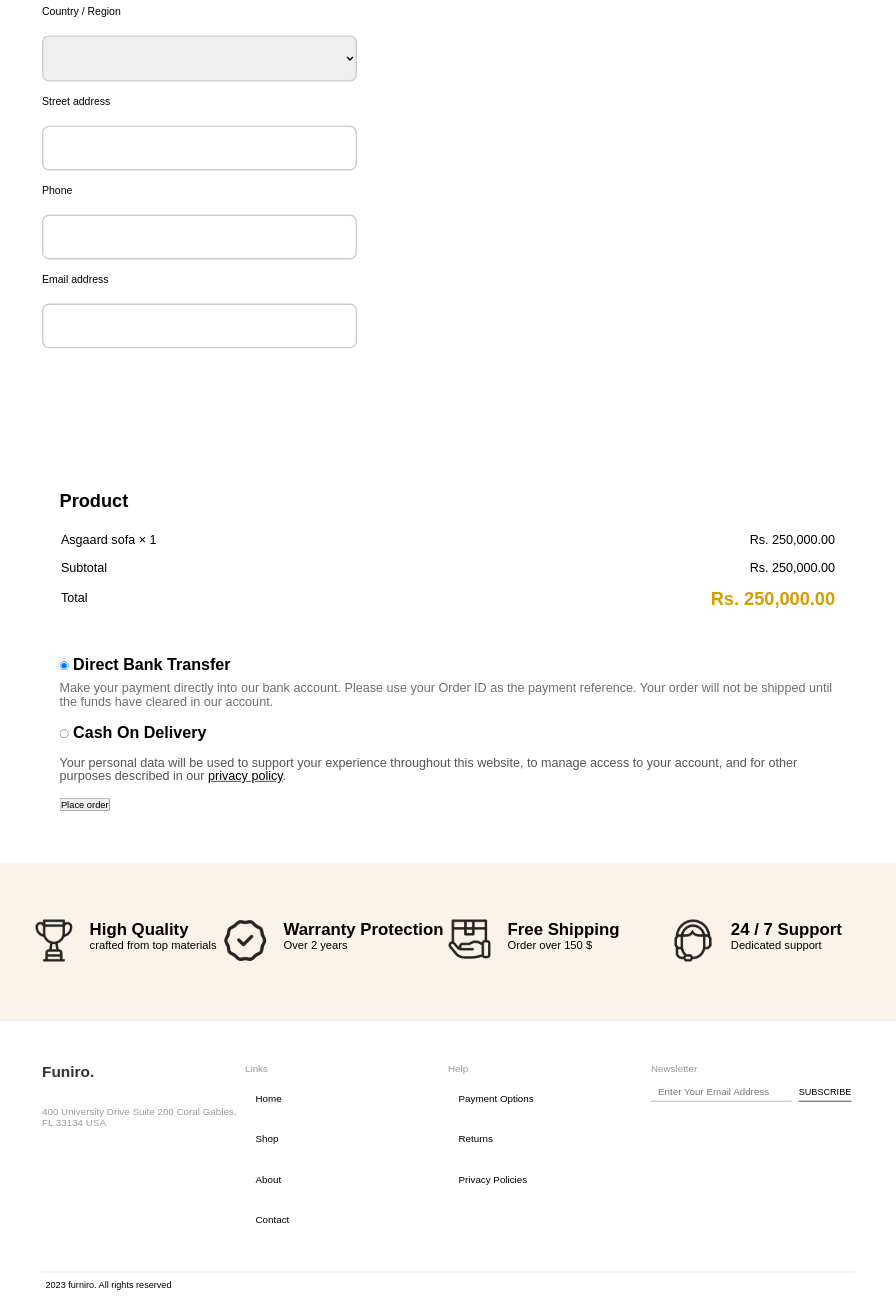
Repository: Ali1Kh/Furniro-ITI
Page: pages/checkout.html
The author's editor kept a copy of each file at every save. The page is drawn from the files as they stood at one save, then again after the next save.
The browser window is 1280 px wide. The pictures show the part of the page from y = 842 to 2762 px (the page is 2709 px tall before and 2762 px after), at 70% of full size.

Above is the page before, as saved 2025-07-19 20:41:25.

### pages/checkout.html
<!DOCTYPE html>
<html lang="en">

<head>
  <meta charset="UTF-8">
  <meta name="viewport" content="width=device-width, initial-scale=1.0">
  <title>CheckOut</title>
  <link rel="shortcut icon" href="../assets/icons/Logo.png" type="image/x-icon">
  <link rel="stylesheet" href="../styles/index.css">
  <link rel="stylesheet" href="../styles/checkout.css">
</head>

<body>

  <nav>
    <!-- Navigation -->
    <div class="navBar">
      <div class="text">
        <p>Furniro</p>
      </div>

      <div class="menu-icon" onclick="toggleSidebar()">☰</div>

      <div class="navBarLinks">
        <ul>
          <li><a href="/pages/home.html">Home</a></li>
          <li><a href="/pages/shop.html">Shop</a></li>
          <li><a href="/">About</a></li>
          <li><a href="/pages/contact.html">Contact</a></li>
        </ul>
      </div>

     <div class="navBarIcons">
        <a href="/pages/Compare.html"><i class="fa-solid fa-user"></i></a>
        <a href="/pages/shop.html"><i class="fa-solid fa-magnifying-glass"></i></a>
        <a href="/"><i class="fa-solid fa-heart"></i></a>
        <a href="/pages/checkout.html"><i class="fa-solid fa-cart-plus"></i></a>
      </div>
    </div>


    <!-- Sidebar for mobile -->
    <div class="sidebar" id="sidebar">
      <a href="" onclick="toggleSidebar()">✖</a>
      <a href="">Home</a>
      <a href="/pages/shop.html">Shop</a>
      <a href="/">About</a>
      <a href="/pages/contact.html">Contact</a>
    </div>
  </nav>

  <main class="checkout">
    <div id="home">
      <div class="img-conteaner">
        <img src="../assets/img/Rectangle 1.png" alt="">

        <div class="text-conteaner">
          <img src="../assets/icons/Logo.png" alt="" style="width: 100px;height: 77px;margin-top: -80px; left: 1px; ">
          <h2 style="font-size: 48px; font-family: Poppins; top: 20px;">Checkout</h2>
          <h3 style="top: 30px;left: -11px; "><span style="width: 48;height: 24;top: 295px;left: 660px; ">Home ></span>
            Checkout</h3>
        </div>
      </div>
    </div>

    <div id="content">
      <div class="form">
        <h1 style="font-family: Poppins;font-weight: 600;font-style: SemiBold;font-size: 36px;">Billing details</h1>
        <br><br>
        <form>
          <div class="input" style="width: 200px;">
            <label>First name</label><br>
            <input type="text" name="firatname" id="firatname">
          </div>

          <div class="input" style="width: 200px; position: relative;bottom: 127px;left: 266px;">
            <label>Last name</label><br>
            <input type="text" name="lastname" id="lastname">
          </div>

          <div class="input" style="position: relative; bottom: 90px; width: 450px;">
            <label>Company Name (Optional)</label><br>
            <input type="text" name="Companyname(Optional)" id="Companyname(Optional)">
          </div>

          <div class="input" style="position: relative; bottom: 90px; width: 450px;">
            <label>Country / Region</label><br>
            <select>
              <option></option>
              <option>UK</option>
              <option>Argantina</option>
              <option>Brasil</option>
              <option>Egypt</option>
              <option>USA</option>
            </select>
          </div>

          <div class="input" style="position: relative; bottom: 90px; width: 450px;">
            <label>Street address</label><br>
            <input type="text" name="Streetaddress" id="Streetaddress">
          </div>

          <div class="input" style="position: relative; bottom: 90px; width: 450px;">
            <label>Phone</label><br>
            <input type="number" name="Phone" id="Phone">
          </div>

          <div class="input" style="position: relative; bottom: 90px; width: 450px;">
            <label>Email address</label><br>
            <input type="email" name="Emailaddress" id="Emailaddress">
          </div><br><br>

        </form>
      </div>
      <div class="table">
        <div class="order-summary">
          <h2>Product</h2>
          <table>
            <tr>
              <td>Asgaard sofa × 1</td>
              <td style="text-align: right;">Rs. 250,000.00</td>
            </tr>
            <tr>
              <td>Subtotal</td>
              <td style="text-align: right;">Rs. 250,000.00</td>
            </tr>
            <tr>
              <td>Total</td>
              <td style="text-align: right;" class="total">Rs. 250,000.00</td>
            </tr>
          </table><br><br>

          <div class="payment-methods">
            <label><input type="radio" name="payment" checked> Direct Bank Transfer</label>
            <p>
              Make your payment directly into our bank account. Please use your Order ID as the payment reference. Your
              order will not be shipped until the funds have cleared in our account.
            </p>

            <label><input type="radio" name="payment"> Cash On Delivery</label>
          </div>

          <div class="privacy">
            Your personal data will be used to support your experience throughout this website, to manage access to your
            account, and for other purposes described in our <a href="#">privacy policy</a>.
          </div>

          <button class="btn">Place order</button>
        </div>
      </div>
    </div>

    <div id="quality">
      <div class="1"
        style="display: flex; gap: 1.5rem; padding-top: 80px; padding-bottom: 80px;width: 25%;padding-left: 50px;">
        <div class="l"><img src="../assets/icons/Group copy.png" alt=""></div>
        <div class="r">
          <h2>High Quality</h2>
          <p>crafted from top materials</p>
        </div>

      </div>
      <div class="2" style="display: flex; gap: 1.5rem; padding-top: 80px; padding-bottom: 80px;width: 25%;">
        <div class="l"><img src="../assets/icons/Group (2).png" alt=""></div>
        <div class="r">
          <h2>Warranty Protection</h2>
          <p>Over 2 years</p>
        </div>

      </div>
      <div class="3" style="display: flex; gap: 1.5rem; padding-top: 80px; padding-bottom: 80px;width: 25%;">
        <div class="l"><img src="../assets/icons/Vector (2).png" alt=""></div>
        <div class="r">
          <h2>Free Shipping</h2>
          <p>Order over 150 $</p>
        </div>

      </div>
      <div class="4" style="display: flex; gap: 1.5rem; padding-top: 80px; padding-bottom: 80px;width: 25%;">
        <div class="l"><img src="../assets/icons/customer-support.png" alt=""></div>
        <div class="r">
          <h2>24 / 7 Support</h2>
          <p>Dedicated support</p>
        </div>

      </div>

    </div>
  </main>

  <footer class="footer">
    <div class="footer-container">
      <div class="footer-sec">
        <h2 class="logo">Funiro.</h2>
        <p style="padding-top: 20px;">400 University Drive Suite 200 Coral Gables,<br>FL 33134 USA</p>
      </div>

      <div class="footer-sec">
        <h4>Links</h4>
        <ul>
          <li><a href="#">Home</a></li>
          <li><a href="#">Shop</a></li>
          <li><a href="#">About</a></li>
          <li><a href="#">Contact</a></li>
        </ul>
      </div>

      <div class="footer-sec">
        <h4>Help</h4>
        <ul>
          <li><a href="#">Payment Options</a></li>
          <li><a href="#">Returns</a></li>
          <li><a href="#">Privacy Policies</a></li>
        </ul>
      </div>

      <div class="footer-sec new">
        <h4>Newsletter</h4>
        <div class="subscribe">
          <input type="email" placeholder="Enter Your Email Address">
          <button>SUBSCRIBE</button>
        </div>
      </div>
    </div>

    <div class="footer-bottom">
      <p>2023 furniro. All rights reserved</p>
    </div>
  </footer>

  <script src="../scripts/index.js"></script>

</body>

</html>

### styles/index.css
:root {
  --mainColor: #feeed8;
}

* {
  margin: 0;
  padding: 0;
  box-sizing: border-box;
}

body {
  font-family: "Poppins", sans-serif;
}

.navBar img {
  display: inline;
}

.navBar {
  width: 100%;
  height: 80px;
  display: flex;
  justify-content: space-between;
  align-items: center;
  padding: 0 50px;
  background-color: #fff;
  z-index: 1000;
  position: sticky;
  top: 0;
}

.navBarLinks ul {
  list-style: none;
  display: flex;
  gap: 60px;
}

.navBarLinks a {
  text-decoration: none;
  font-size: 18px;
  color: black;
}

.navBarIcons {
  display: flex;
  gap: 30px;
}

.text p {
  font-weight: bold;
  font-size: 22px;
  color: #b88e2f;
}

/* Sidebar for mobile */
.sidebar {
  height: 100%;
  width: 0;
  position: fixed;
  background-color: #8d8d8d;
  overflow-x: hidden;
  transition: 0.3s;
  padding-top: 60px;
  z-index: 999;
}
.sidebar a {
  padding: 12px 20px;
  text-decoration: none;
  font-size: 20px;
  color: white;
  display: block;
}
.sidebar a:hover {
  background-color: #444;
}

.menu-icon {
  font-size: 28px;
  cursor: pointer;
  display: none;
  padding: 15px;
}

/* Quality */

#quality {
  display: flex;
  background-color: rgba(250, 243, 234, 1);
  width: 100%;
}

/* Page Header */

#pageHeader .imge {
  position: relative;
  width: 100%;
  height: auto;
}

#pageHeader .imge img {
  width: 100%;
  height: auto;
  display: block;
}

#pageHeader .adresIn {
  position: absolute;
  top: 50%;
  left: 50%;
  transform: translate(-50%, -50%);
  color: black;
  text-align: center;
}

#pageHeader .mainP1 {
  font-size: 48px;
}
#pageHeader .scoundP1 {
  font-size: 16px;
}

.footerBox {
  height: 400px;
  width: 100%;
}
.with-line::before,
.with-line::after {
  content: "";
  display: block;
  height: 1px;
  background-color: #c6c6c6;
  margin: 20px auto;
  width: 100%;
}

.with-line::after {
  width: 82%;
}

.infoterbox {
  margin-left: 100px;
  margin-right: 100px;
  display: grid;
  grid-template-columns: 1fr 1fr 1fr 1.5fr;
  gap: 20px;
  padding: 30px;
  color: white;

  height: 100%;
}

.mainFooterBar {
  font-weight: bold;
  font-size: 24px;
  color: #000;
}
.scoundFooterBar {
  font-size: 16px;
  font-weight: 300;
  color: #9f9f9f;
  position: relative;
  top: 40px;
}

.prgraphF {
  position: relative;
  top: 54px;
}

.infoterboxLM a,
.infoterboxRM a {
  display: block;
  margin-top: 55px;
  text-decoration: none;
  color: #000;
  width: 70%;
}

.infoterboxLM p,
.infoterboxRM p,
.prgraphFF p {
  font-size: 16px;
  font-weight: 300;
  color: #9f9f9f;
}

.SUBSCRIBE {
  position: relative;
  top: 53px;
}

.SUBSCRIBE button {
  font-size: 14px;
  font-weight: bold;
  width: 85px;
  height: 21px;
  border: none;
  border-bottom: 1px solid black;
  margin-left: 15px;
  background-color: white;

  cursor: pointer;
}

.SUBSCRIBE input {
  font-size: 14px;
  width: 200px;
  height: 21px;
  color: #9f9f9f;
  border: none;
  border-bottom: 1px solid black;
}

.SUBSCRIBE input:focus {
  outline: none;
}

@media (max-width: 768px) {
  .navBarLinks {
    display: none;
  }
  .menu-icon {
    display: block;
  }
  .navBarIcons {
    display: none;
  }
}

@media (max-width: 767px) {
  .navBarIcons {
    display: none;
  }
}

### styles/checkout.css
* {
  margin: 0;
  padding: 0;
}
.checkout ul {
  list-style: none;
}

.checkout a {
  text-decoration: none;
}

/* start header */

#header {
  background-color: rgb(250, 245, 240);
  border: 1px solid #ccc;
  width: 100%;
  height: 90px;
}
#header .navbar {
  display: flex;
  justify-content: space-between;
  align-items: center;
}
#header .navbar .logo {
  display: flex;
  width: 185;
  height: 41;
  opacity: 1;
  top: 29px;
  left: 54px;
  gap: 5px;
}
#header .navbar img {
  width: 185;
  height: 41px;
  top: 29px;
  left: 54px;
  gap: 5px;
}

/* #header .navbar .imgs{
    width: 300px;
    display: flex;
    position: relative;
    bottom: 10px;
} */

#header .navbar ul {
  display: flex;
}
#header .navbar ul li a {
  position: relative;
  color: black;
  font-size: 25px;
  margin: 0 20px;
  font-weight: bold;
  transition: 0.3s ease;
  bottom: 15px;
}
#header .navbar ul li a:hover {
  color: bisque;
}

/* finish header */

.img-conteaner {
  position: relative;
  width: 100%;
}

.img-conteaner img {
  width: 100%;
  height: 316px;
  top: 100px;
}

.text-conteaner {
  position: absolute;
  top: 50%;
  left: 50%;
  transform: translate(-50%, -50%);
}
.text-conteaner h3 {
  position: relative;
  bottom: 90px;
  left: 40px;
}
.text-conteaner h2 {
  position: relative;
  bottom: 90px;
  left: -50px;
}

/* #content {
  display: flex;
  justify-content: space-between;
  gap: 8rem;
  max-width: 1240px;
  margin: auto;
  padding-top: 100px;
}

.form {
  width: 50%;
} */







#content {
  display: flex;
  justify-content: space-between;
  flex-wrap: wrap; /* مهم جدا */
  gap: 2rem;
  max-width: 1200px;
  margin: auto;
  padding: 50px 20px;
}

.form, .table {
  flex: 1 1 100%; /* هتكون عمودين فوق بعض مبدئياً */
}















.form h1 {
  font-size: 36px;
  font-weight: 600;
  margin-bottom: 30px;
}

form label {
  font-weight: 500;
  margin-bottom: 8px;
  display: block;
  font-size: 15px;
}

form input,
form select {
  width: 100%;
  padding: 22px;
  border: 2px solid #ccc;
  border-radius: 10px;
  font-size: 14px;
}

.input {
  margin-bottom: 20px;
}

.table {
  width: 48%;
}

.order-summary {
  padding: 25px;
}

.order-summary h2 {
  font-size: 26px;
  margin-bottom: 20px;
}

.order-summary table {
  width: 100%;
  margin-bottom: 20px;
}

.order-summary table td {
  padding: 8px 0;
  font-size: 18px;
}

.order-summary .total {
  font-weight: bold;
  color: #d89c00;
  font-size: 26px;
}

.payment-methods label {
  display: block;
  margin-bottom: 10px;
  font-weight: bold;
  font-size: 23px;
}

.payment-methods p {
  font-size: 18px;
  color: #716d6d;
  margin: 10px 0 20px;
  line-height: 1.1;
}

.privacy {
  font-size: 18px;
  color: #555;
  margin: 20px 0;
  line-height: 1.1;
}

.privacy a {
  text-decoration: underline;
  color: black;
}

/* .btn {
  padding: 15px 100px;
  background: #fff;
  border: 2px solid black;
  border-radius: 12px;
  font-size: 16px;
  transition: 0.3s ease;
  margin-left: 100px;
  margin-top: 10px;
  box-shadow: 1px 1px 1px black;
} */

.btn:hover {
  background-color: #babd8e;
}

.footer {
  background-color: #fff;
  padding: 40px 60px 20px;
  border-top: 1px solid #e0e0e0;
  color: #333;
}

.footer-container {
  display: flex;
}

.footer-sec {
  flex: 1 1 200px;
  margin: 20px 0;
}

.footer-sec h2.logo {
  font-size: 22px;
  font-weight: 700;
  margin-bottom: 15px;
}

.footer-sec h4 {
  font-size: 14px;
  font-weight: 500;
  color: #999;
  margin-bottom: 10px;
}

.footer-sec ul {
  list-style: none;
  padding: 0;
  margin: 0;
}

.footer-sec ul li {
  margin-bottom: 10px;
  padding: 15px;
}

.footer-sec ul li a {
  text-decoration: none;
  color: #000;
  font-size: 14px;
}

.footer-sec p {
  color: #999;
  font-size: 14px;
}

.new .subscribe {
  display: flex;
  gap: 10px;
  margin-top: 10px;
}

.new input {
  padding: 6px 10px;
  font-size: 14px;
  border: none;
  border-bottom: 1px solid #999;
  outline: none;
}

.new button {
  background: none;
  border: none;
  border-bottom: 1px solid #000;
  color: #000;
  font-size: 13px;
  font-weight: 500;
}

.footer-bottom {
  border-top: 1px solid #e0e0e0;
  padding: 5px;
  margin-top: 20px;
  padding-top: 10px;
  text-align: left;
  font-size: 13px;
  color: #000;
}


.navBar {
  display: flex;
  justify-content: space-between;
  align-items: center;
  padding: 20px 40px;
  flex-wrap: wrap;
}

.navBar .menu-icon {
  display: none;
  font-size: 28px;
  cursor: pointer;
}

.navBarLinks ul,
.navBarIcons {
  display: flex;
  gap: 15px;
}

.sidebar {
  display: none;
  position: fixed;
  top: 0;
  right: 0;
  background-color: white;
  width: 250px;
  height: 100%;
  padding: 20px;
  z-index: 999;
  flex-direction: column;
  box-shadow: -2px 0 10px rgba(0,0,0,0.1);
}

.sidebar a {
  display: block;
  padding: 15px;
  font-size: 18px;
  color: #333;
  text-decoration: none;
}

@media (max-width: 768px) {
  .navBarLinks,
  .navBarIcons {
    display: none;
  }

  .menu-icon {
    display: block;
  }

  .sidebar {
    display: flex;
  }

   .form, .table {
    flex: 1 1 48%;
  }
}

### scripts/index.js
function toggleSidebar() {
  const sidebar = document.getElementById("sidebar");
  if (sidebar.style.width === "250px") {
    sidebar.style.width = "0";
  } else {
    sidebar.style.width = "250px";
  }
}

function toggleSidebar() {
  const sidebar = document.getElementById("sidebar");
  if (sidebar.style.display === "flex") {
    sidebar.style.display = "none";
  } else {
    sidebar.style.display = "flex";
  }
}

After the next save:
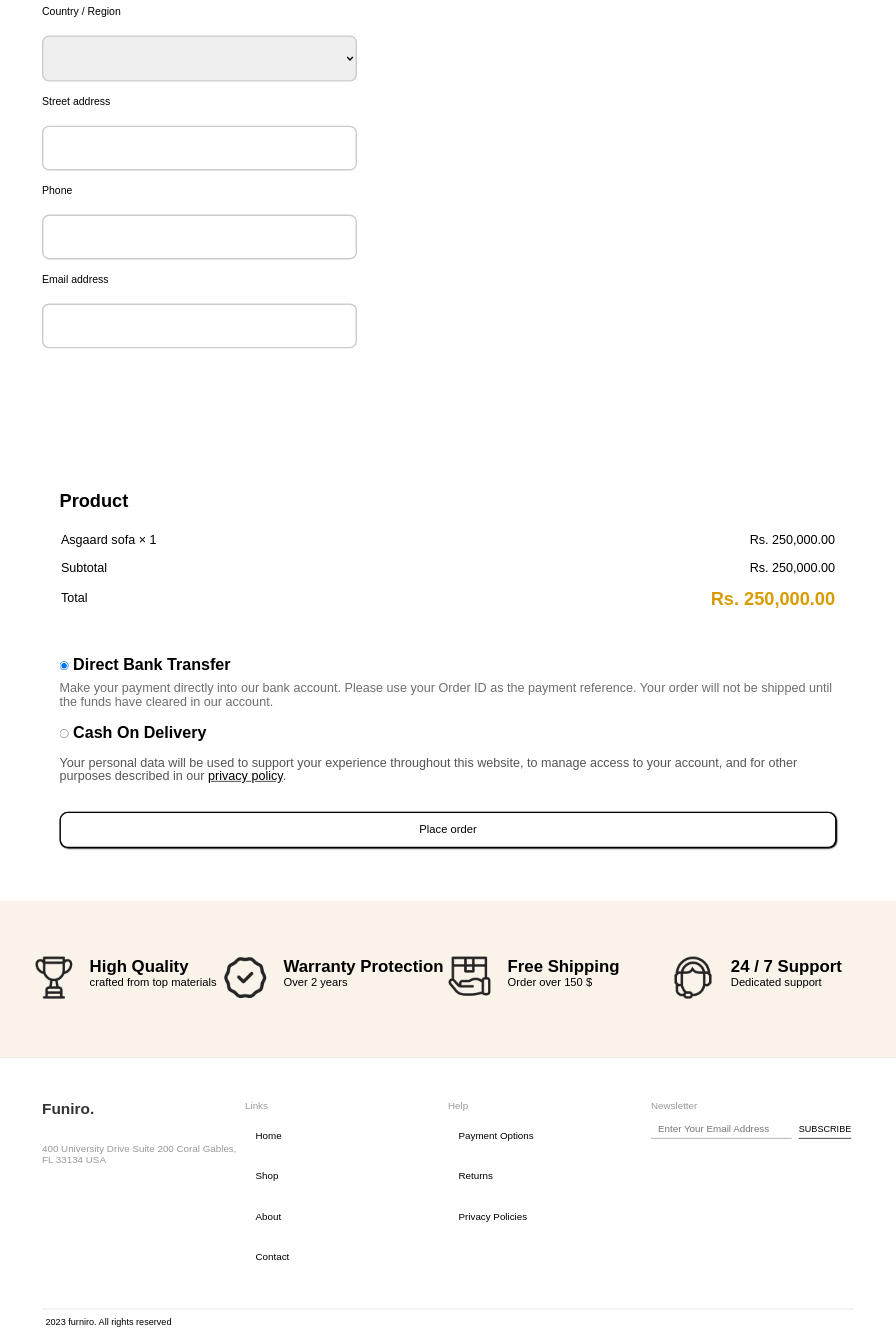
Saved 6 s later.
--- a/styles/checkout.css
+++ b/styles/checkout.css
@@ -232,6 +232,20 @@ form select {
   margin-top: 10px;
   box-shadow: 1px 1px 1px black;
 } */
+
+
+
+
+.btn {
+  width: 100%;
+  padding: 15px;
+  background: #fff;
+  border: 2px solid black;
+  border-radius: 12px;
+  font-size: 16px;
+  margin-top: 20px;
+  box-shadow: 1px 1px 2px black;
+}
 
 .btn:hover {
   background-color: #babd8e;
